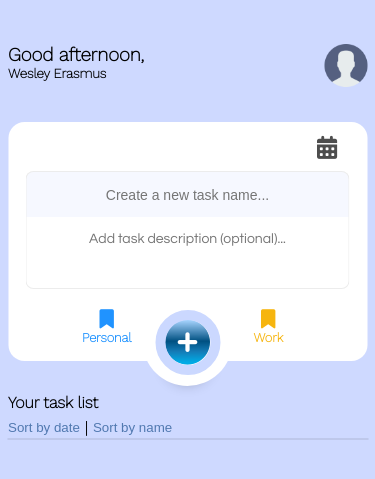
Repository: WesleyErasmus/Todo-App
Page: todoApp.html
The author's editor kept a copy of each file at every save. The page is drawn from the files as they stood at one save, then again after the next save.
The browser window is 375 px wide. The pictures show the whole page.
Some web libraries are served in a nearby version.

Above is the page before, as saved 2022-06-25 12:04:33.

After the next save:
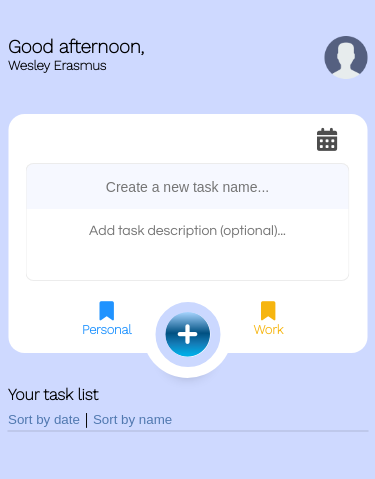
Saved 5 s later.
--- a/source/css/todoApp.css
+++ b/source/css/todoApp.css
@@ -709,7 +709,7 @@ Task title, Task description, Show description button */
 header {
   display: flex;
   justify-content: space-between;
-  padding: 1rem 0rem 1rem 0rem;
+  padding: 0.5rem 0rem 1rem 0rem;
   border-radius: 1rem;
 }
 
